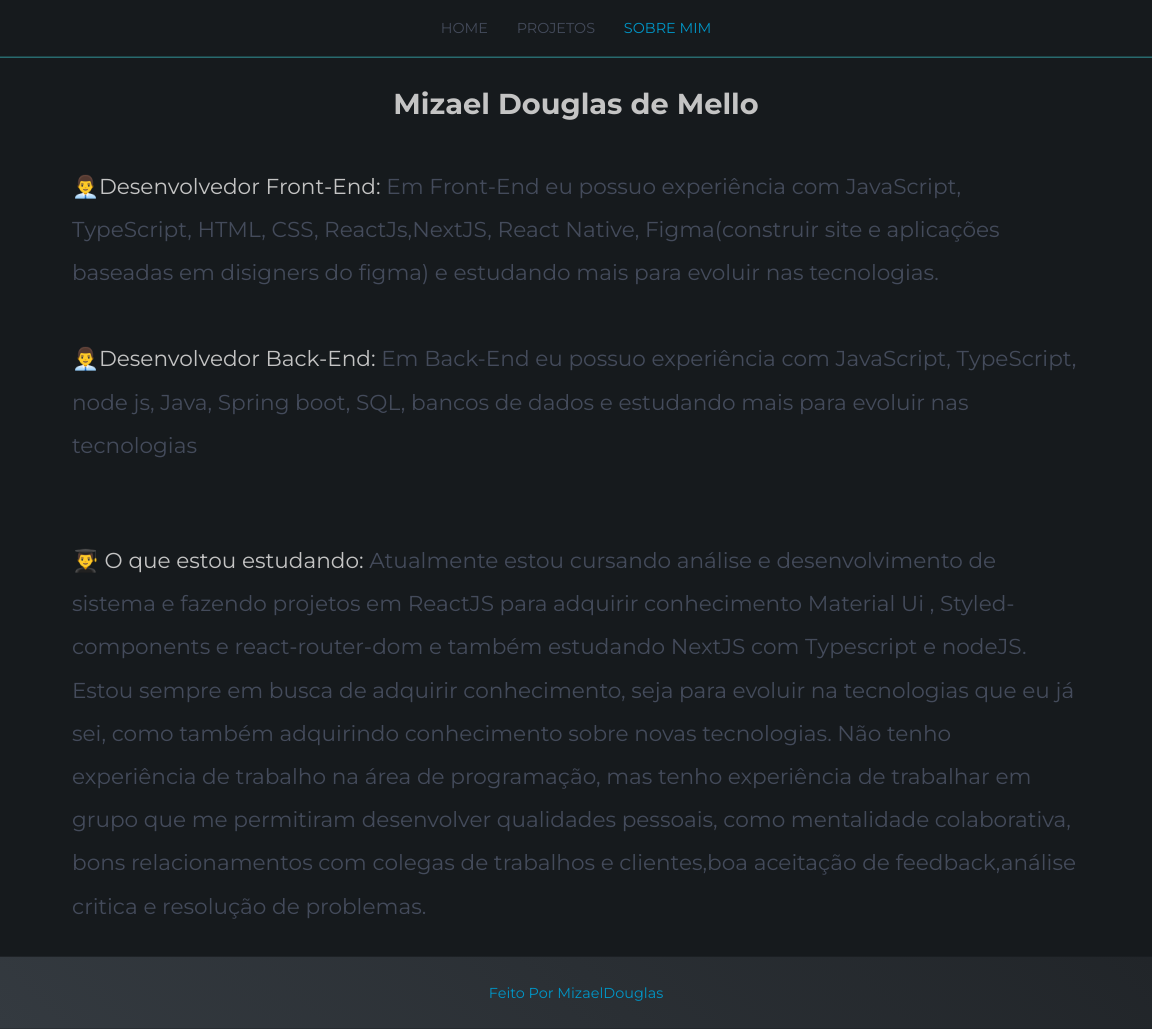
Repository: Mizaeldouglas/New-Portifolio
Page: /sobre
The author's editor kept a copy of each file at every save. The page is drawn from the files as they stood at one save, then again after the next save.
The browser window is 1280 px wide. The pictures show the whole page, at 90% of full size.
The project was rebuilt for these pictures with package versions that can differ from the ones it lists, and the page was loaded fresh each time. The framework's server and built-in components were replaced by stand-ins that run in the browser. Also part of the build but not shown: next.config.js.

Above is the page before, as saved 2022-07-05 21:01:26.

### src/pages/_app.tsx
import { ThemeProvider } from 'styled-components';
import { Footer } from '../components/Footer';
import Header from '../components/Header';

import GlobalStyles from '../styles/global';
import theme from '../styles/theme';

function MyApp({ Component, pageProps }) {
  return (
    <ThemeProvider theme={theme}>
      <Header />
      <Component {...pageProps} />
      <GlobalStyles />
      <Footer />
    </ThemeProvider>
  );
}

export default MyApp;

### src/pages/_document.tsx
import Document, {
  DocumentContext,
  DocumentInitialProps,
  Head,
  Html,
  Main,
  NextScript
} from 'next/document';

import { ServerStyleSheet } from 'styled-components';

export default class MyDocument extends Document {
  static async getInitialProps(
    ctx: DocumentContext
  ): Promise<DocumentInitialProps> {
    const sheet = new ServerStyleSheet();
    const originalRenderPage = ctx.renderPage;

    try {
      ctx.renderPage = () =>
        originalRenderPage({
          enhanceApp: App => props => sheet.collectStyles(<App {...props} />)
        });

      const initialProps = await Document.getInitialProps(ctx);
      return {
        ...initialProps,
        styles: (
          <>
            {initialProps.styles}
            {sheet.getStyleElement()}
          </>
        )
      };
    } finally {
      sheet.seal();
    }
  }

  render() {
    return (
      <Html lang="pt-br">
        <Head>
          <link rel="preconnect" href="https://fonts.googleapis.com" />
          <link rel="preconnect" href="https://fonts.gstatic.com" />
          <link
            href="https://fonts.googleapis.com/css2?family=JetBrains+Mono:wght@200&family=Montserrat:wght@300;400;500;600;700&display=swap"
            rel="stylesheet"
          />

          <meta charSet="utf-8" />
          <meta httpEquiv="X-UA-Compatible" content="IE=edge" />
        </Head>
        <body>
          <Main />
          <NextScript />
        </body>
      </Html>
    );
  }
}

### src/pages/sobre/index.tsx
import { SobreContainer } from '../../styles/SobreStyles';

export default function Sobre() {
  return (
    <SobreContainer>
      <main>
        <h1>Mizael Douglas de Mello</h1>
        <p className="tecnologias">
          👨‍💼<span>Desenvolvedor Front-End:</span> Em Front-End eu possuo
          experiência com JavaScript, TypeScript, HTML, CSS, ReactJs,NextJS,
          React Native, Figma(construir site e aplicações baseadas em disigners
          do figma) e estudando mais para evoluir nas tecnologias.
        </p>
        <p className="tecnologias">
          👨‍💼<span>Desenvolvedor Back-End:</span> Em Back-End eu possuo
          experiência com JavaScript, TypeScript, node js, Java, Spring boot,
          SQL, bancos de dados e estudando mais para evoluir nas tecnologias
        </p>
        <p className="estudos">
          👨‍🎓 <span>O que estou estudando:</span> Atualmente estou cursando
          análise e desenvolvimento de sistema e fazendo projetos em ReactJS
          para adquirir conhecimento Material Ui , Styled-components e
          react-router-dom e também estudando NextJS com Typescript e nodeJS.
          Estou sempre em busca de adquirir conhecimento, seja para evoluir na
          tecnologias que eu já sei, como também adquirindo conhecimento sobre
          novas tecnologias. Não tenho experiência de trabalho na área de
          programação, mas tenho experiência de trabalhar em grupo que me
          permitiram desenvolver qualidades pessoais, como mentalidade
          colaborativa, bons relacionamentos com colegas de trabalhos e
          clientes,boa aceitação de feedback,análise critica e resolução de
          problemas.
        </p>
      </main>
    </SobreContainer>
  );
}

### src/components/Footer/index.tsx
import { Container } from './styles';

export function Footer() {
  return (
    <Container>
      <p>Feito Por MizaelDouglas</p>
    </Container>
  );
}

### src/components/Header/index.tsx
import { Container } from './styles';
import NavLink from './NavLink';

function Header() {
  return (
    <Container>
      <ul>
        <NavLink title="Home" path="/" />
        <NavLink title="Projetos" path="/projetos" includes />
        <NavLink title="Sobre Mim" path="/sobre" />
      </ul>
    </Container>
  );
}
export default Header;

### src/styles/global.ts
import { lighten } from 'polished';
import { createGlobalStyle } from 'styled-components';

export default createGlobalStyle`
  * {
    margin: 0;
    padding: 0;
    box-sizing: border-box;
    font-family: 'Montserrat', sans-serif;
    ::-webkit-scrollbar {
      width: 8px;
      height: 5px;
    }
    ::-webkit-scrollbar-thumb {
      background: ${({ theme }) => theme.textHighlight};
      border-radius: 10px;
    }
    ::-webkit-scrollbar-track{
      background: ${({ theme }) => lighten(0.4, theme.textHighlight)};
    }
  }
  body {
    background: ${props => props.theme.background};
    font: 400 1rem 'Montserrat', sans-serif;
  }
  img {
    width: 100%;
    max-width: 100%;
  }
  ul {
    list-style: none;
  }
  button {
    cursor: pointer;
  }
  a {
    text-decoration: none;
  }
  .container {
    width: 100%;
    margin: 0 auto;
    max-width: 85rem;
    padding: 0 1rem;
    padding-bottom: 30px;
    @media(max-width:1450px) {
      max-width: 70rem;
    }
    @media(max-width:1000px) {
      max-width: 50rem;
    }
    @media(max-width:700px) {
      padding: 0 2rem;
    }
  }
`;

### src/styles/theme.ts
const theme = {
  background: '#161a1d',
  backgroundLight: '#34a0a4',
  primary: '#0096c7',
  secondary: '#023e8a',
  gradient: 'linear-gradient(225deg, #212529 0%, #343a40 100%);',
  text: '#848DA0',
  textHighlight: '#444B5B',
  textLight: '#C4C4C4',
  border: '#313958',
  inputBackground: '#1E253E',
  error: '#d45d5d'
};

export default theme;

### src/styles/SobreStyles.ts
import styled from 'styled-components';

export const SobreContainer = styled.div`
  display: flex;
  flex-direction: column;
  width: 100%;
  height: 100%;

  main {
    margin-top: 2rem;
    margin-bottom: 2rem;
    width: 100%;
    padding: 0 5rem;
    h1 {
      text-align: center;
      color: ${({ theme }) => theme.textLight};
    }
    p {
      font-size: 1.5rem;
      line-height: 2;
      color: ${({ theme }) => theme.textHighlight};
    }
    span {
      color: ${({ theme }) => theme.textLight};
    }
    .tecnologias {
      margin-top: 3rem;
    }
    .estudos {
      margin-top: 5rem;
    }
  }
`;

### src/components/Footer/styles.ts
import styled from 'styled-components';

export const Container = styled.div`
  width: 100%;
  height: 5rem;
  background: ${({ theme }) => theme.gradient};
  color: ${({ theme }) => theme.primary};
  display: flex;
  align-items: center;
  justify-content: center;
`;

### src/components/Header/styles.ts
import { lighten } from 'polished';
import styled from 'styled-components';

interface NavProps {
  isActive: boolean;
}

export const Container = styled.header`
  width: 100%;
  display: flex;
  align-items: center;
  justify-content: center;
  height: 4rem;
  border-bottom: 1px solid ${({ theme }) => theme.backgroundLight};

  ul {
    display: flex;
    gap: 2rem;
    align-items: center;
  }
`;
export const NavLinkContainer = styled.li<NavProps>`
  a {
    text-transform: uppercase;
    color: ${props =>
      props.isActive ? props.theme.primary : props.theme.textHighlight};
    transition: 0.5s;
    &:hover {
      color: ${props =>
        props.isActive
          ? lighten(0.2, props.theme.primary)
          : lighten(0.2, props.theme.textHighlight)};
    }
  }
`;

### src/components/Header/NavLink.tsx
import Link from 'next/link';
import { useRouter } from 'next/router';
import { NavLinkContainer } from './styles';

interface Props {
  title: string;
  path: string;
  includes?: boolean;
}

export default function navLink({ title, path, includes = false }: Props) {
  const router = useRouter();

  function verifyIfIsActive() {
    if (includes) {
      return router.pathname.includes(path);
    }
    return path === router.pathname;
  }

  const isActive = verifyIfIsActive();

  return (
    <NavLinkContainer isActive={isActive}>
      <Link href={path}>
        <a>{title}</a>
      </Link>
    </NavLinkContainer>
  );
}

After the next save:
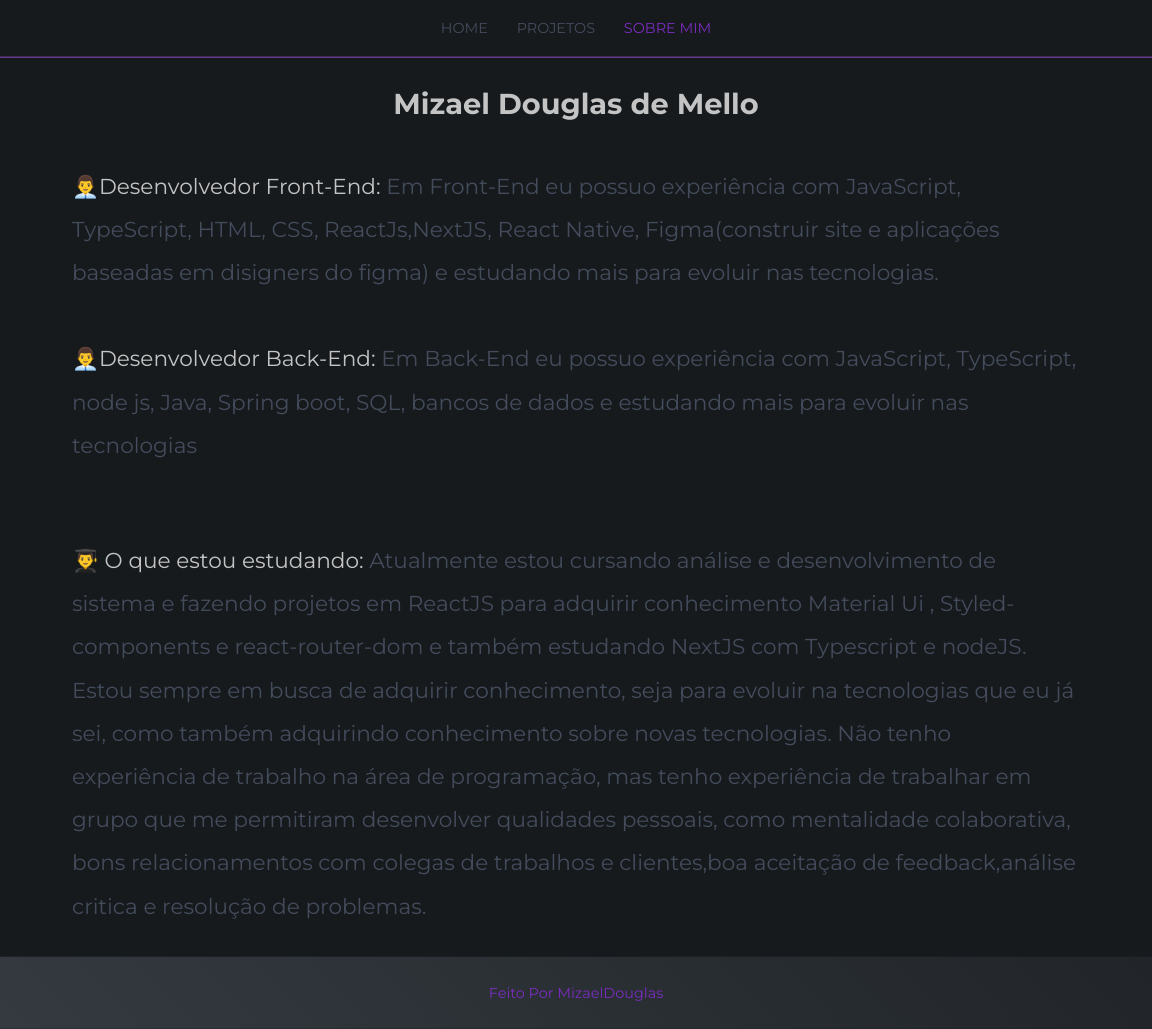
Saved 48 s later.
--- a/src/styles/theme.ts
+++ b/src/styles/theme.ts
@@ -1,8 +1,8 @@
 const theme = {
   background: '#161a1d',
-  backgroundLight: '#34a0a4',
-  primary: '#0096c7',
-  secondary: '#023e8a',
+  backgroundLight: '#9d4edd',
+  primary: '#7b2cbf',
+  secondary: '#5a189a',
   gradient: 'linear-gradient(225deg, #212529 0%, #343a40 100%);',
   text: '#848DA0',
   textHighlight: '#444B5B',
